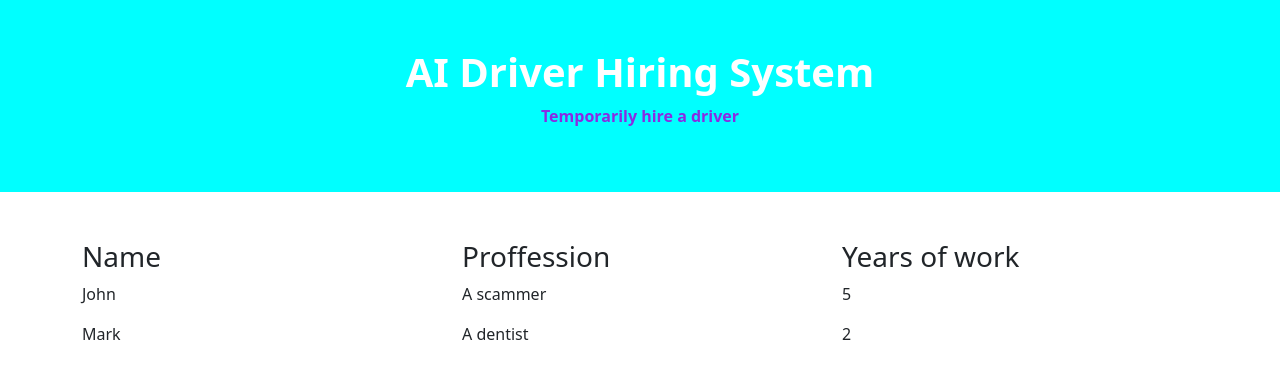
Repository: Wuda2000/AI-powered-Driver-hiring-system
Page: ONE.html
The author's editor kept a copy of each file at every save. The page is drawn from the files as they stood at one save, then again after the next save.
The browser window is 1280 px wide. The pictures show the whole page.

Above is the page before, as saved 2024-12-23 22:26:32.

### ONE.html
<!DOCTYPE html>
<html lang="en">
<head>
  <title>Bootstrap 5 Example</title>
  <meta charset="utf-8">
  <meta name="viewport" content="width=device-width, initial-scale=1">
  <link href="https://cdn.jsdelivr.net/npm/bootstrap@5.3.3/dist/css/bootstrap.min.css" rel="stylesheet">
  <script src="https://cdn.jsdelivr.net/npm/bootstrap@5.3.3/dist/js/bootstrap.bundle.min.js"></script>
</head>
<body>


    <div class="container-fluid p-5 text-white text-center" style="background-color: aqua;">
        <h1 style="background-color: ;"><b>AI Driver Hiring System</b></h1>
        <p style="color: blueviolet;"><b>Temporarily hire a driver</b></p>
      </div>

      <div class="container mt-5">
        <div class="row">
          <div class="col-sm-4">
            <h3>Name</h3>
            <p>John</p>
            <p>Mark</p>
          </div>
          <div class="col-sm-4">
            <h3>Proffession</h3>
            <p>A scammer</p>
            <p>A dentist</p>
          </div>
          <div class="col-sm-4">
            <h3>Years of work</h3>
            <p>5</p>
            <p>2</p>
          </div>
        </div>
      </div>
</body>
</html>

After the next save:
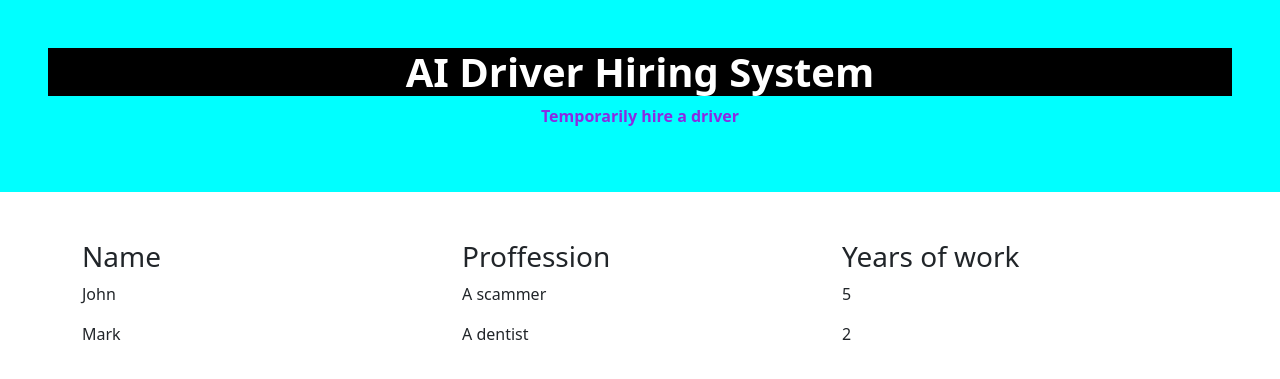
Saved 5 s later.
--- a/ONE.html
+++ b/ONE.html
@@ -11,7 +11,7 @@
 
 
     <div class="container-fluid p-5 text-white text-center" style="background-color: aqua;">
-        <h1 style="background-color: ;"><b>AI Driver Hiring System</b></h1>
+        <h1 style="background-color: black;"><b>AI Driver Hiring System</b></h1>
         <p style="color: blueviolet;"><b>Temporarily hire a driver</b></p>
       </div>
 
